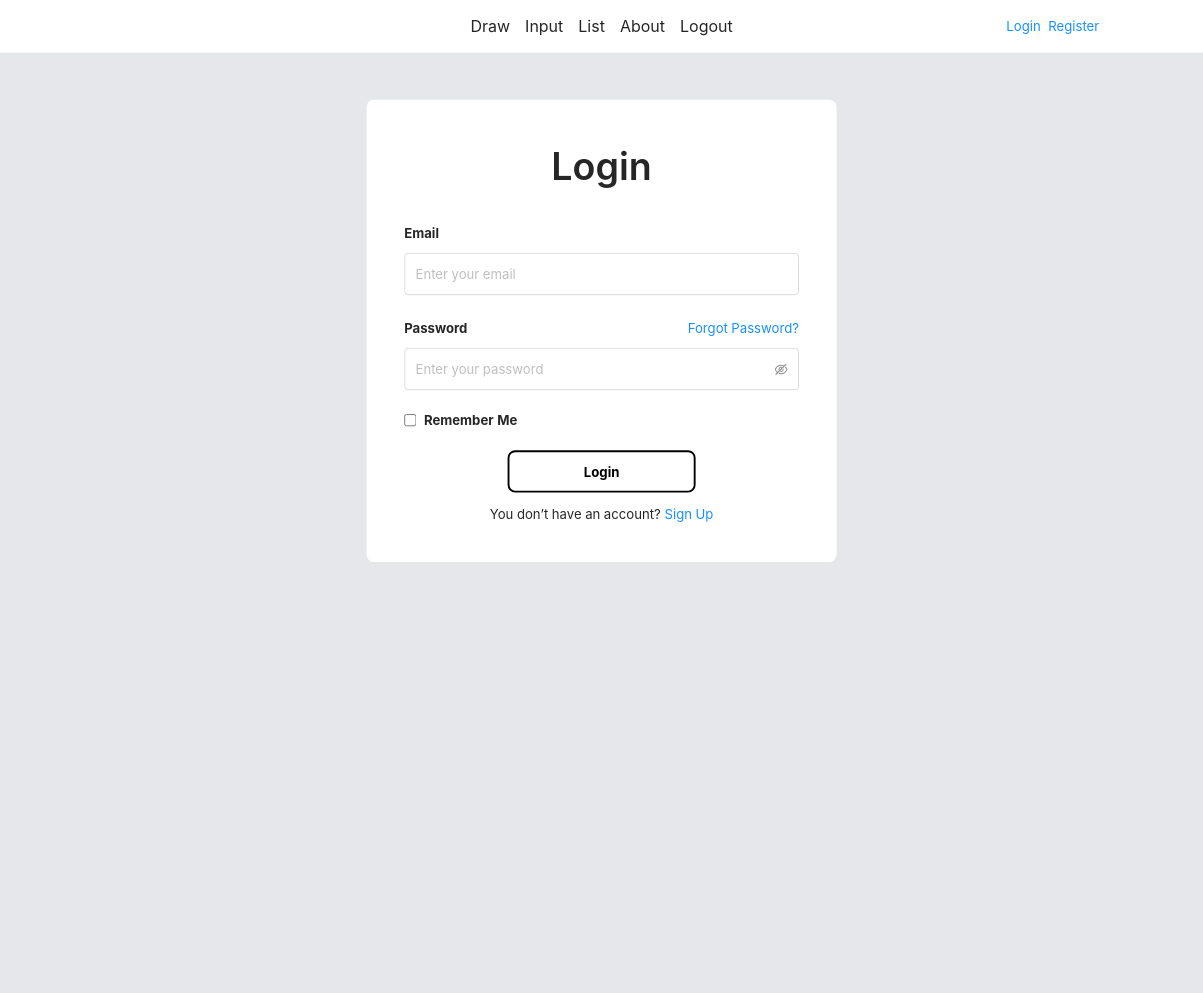
Repository: truongnguyenuit/DrawApp
Page: /auth/login (app in client/)
These files come from the project's save history. The page is drawn as it stood at one moment and after the next save; the edit follows.
The browser window is 1280 px wide. The pictures show the whole page, at 94% of full size.
The project was rebuilt for these pictures with package versions that can differ from the ones it lists, and the page was loaded fresh each time. The framework's server and built-in components were replaced by stand-ins that run in the browser. Also part of the build but not shown: client/next.config.js.

Above is the page before, as saved 2022-08-19 13:35:30.

After the next save:
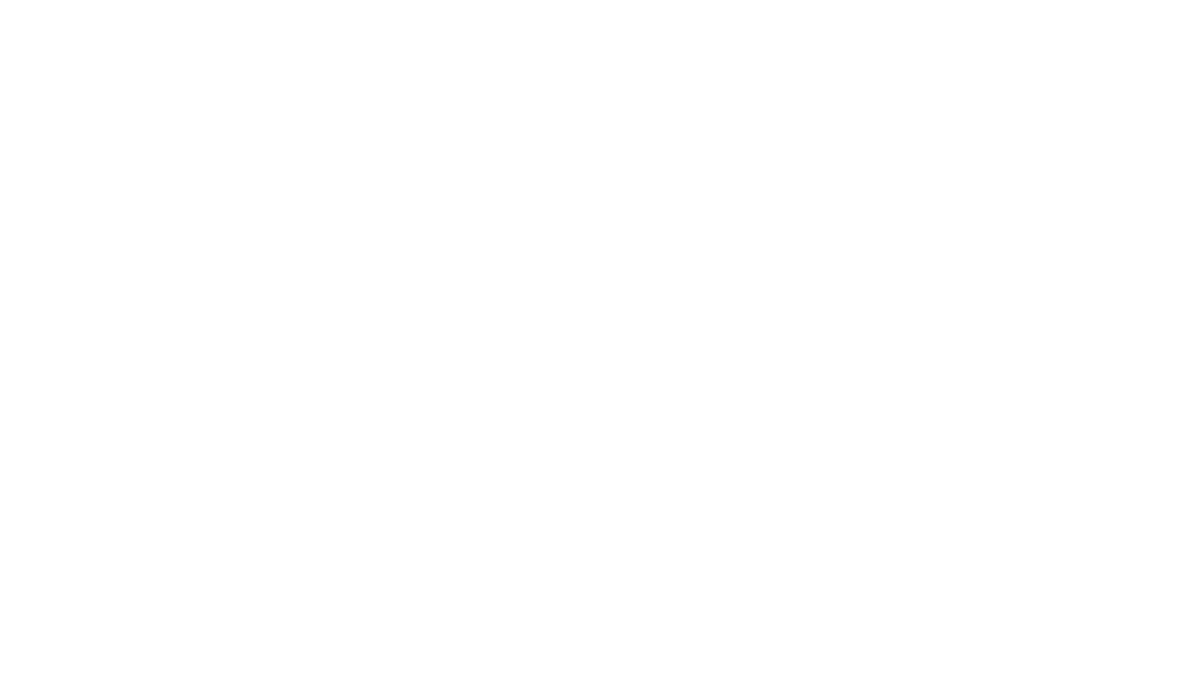
Saved 2 min 3 s later.
--- a/client/pages/_app.js
+++ b/client/pages/_app.js
@@ -3,7 +3,8 @@
 import Layout from '../components/Layout'
 import Protected from '../components/Protected'
 function MyApp({ Component, pageProps }) {
-  return <Protected><Layout> <Component {...pageProps} /> </Layout></Protected>
+  return
+  <Protected><Layout> <Component {...pageProps} /> </Layout></Protected>
 }
 
 export default MyApp

After the 3 saves that followed:
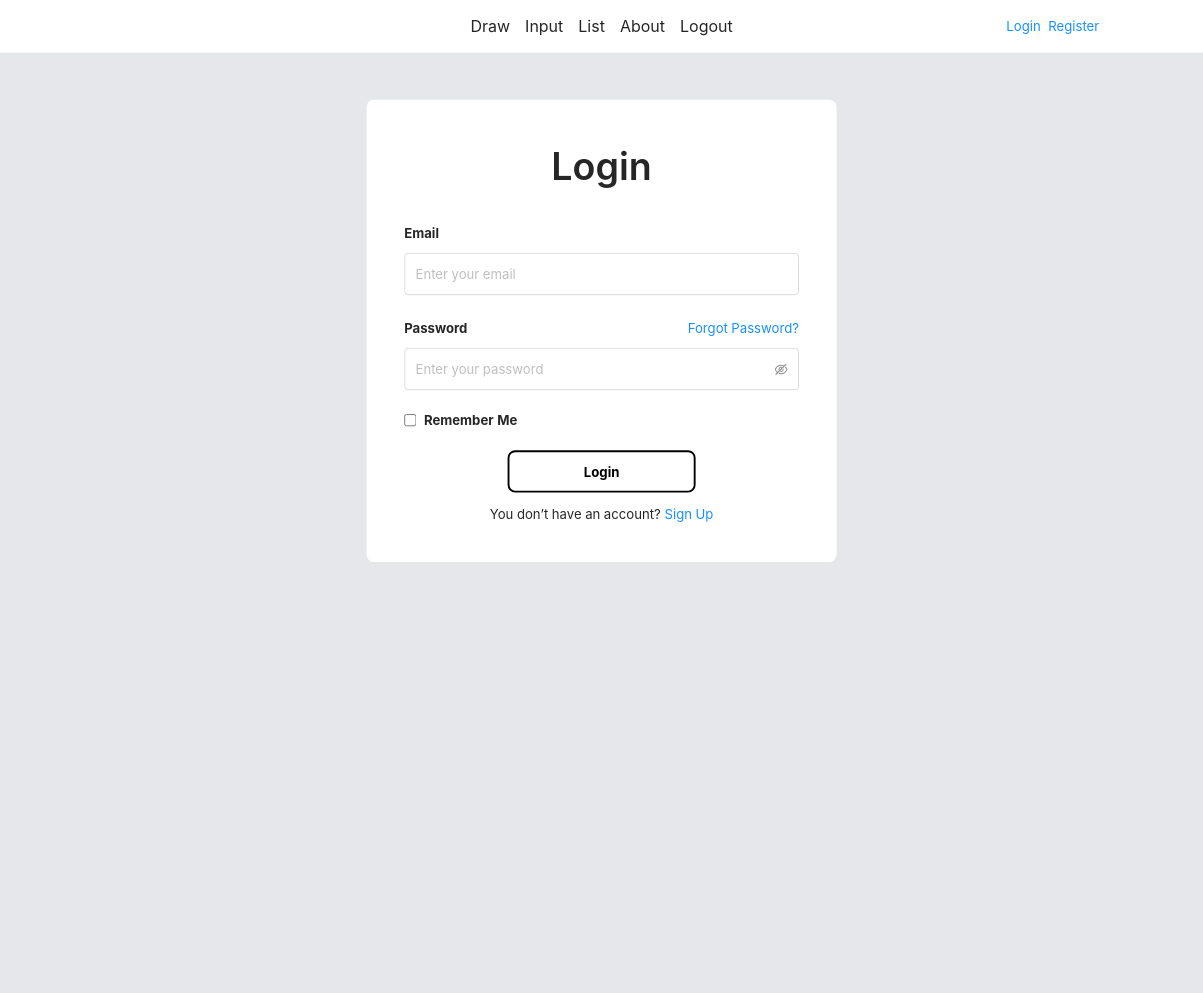
The 3 saves are shown as one change because they came seconds apart.
The last was saved 10 s later.
--- a/client/pages/_app.js
+++ b/client/pages/_app.js
@@ -3,8 +3,9 @@
 import Layout from '../components/Layout'
 import Protected from '../components/Protected'
 function MyApp({ Component, pageProps }) {
-  return
+  return (
   <Protected><Layout> <Component {...pageProps} /> </Layout></Protected>
+  )
 }
 
 export default MyApp
